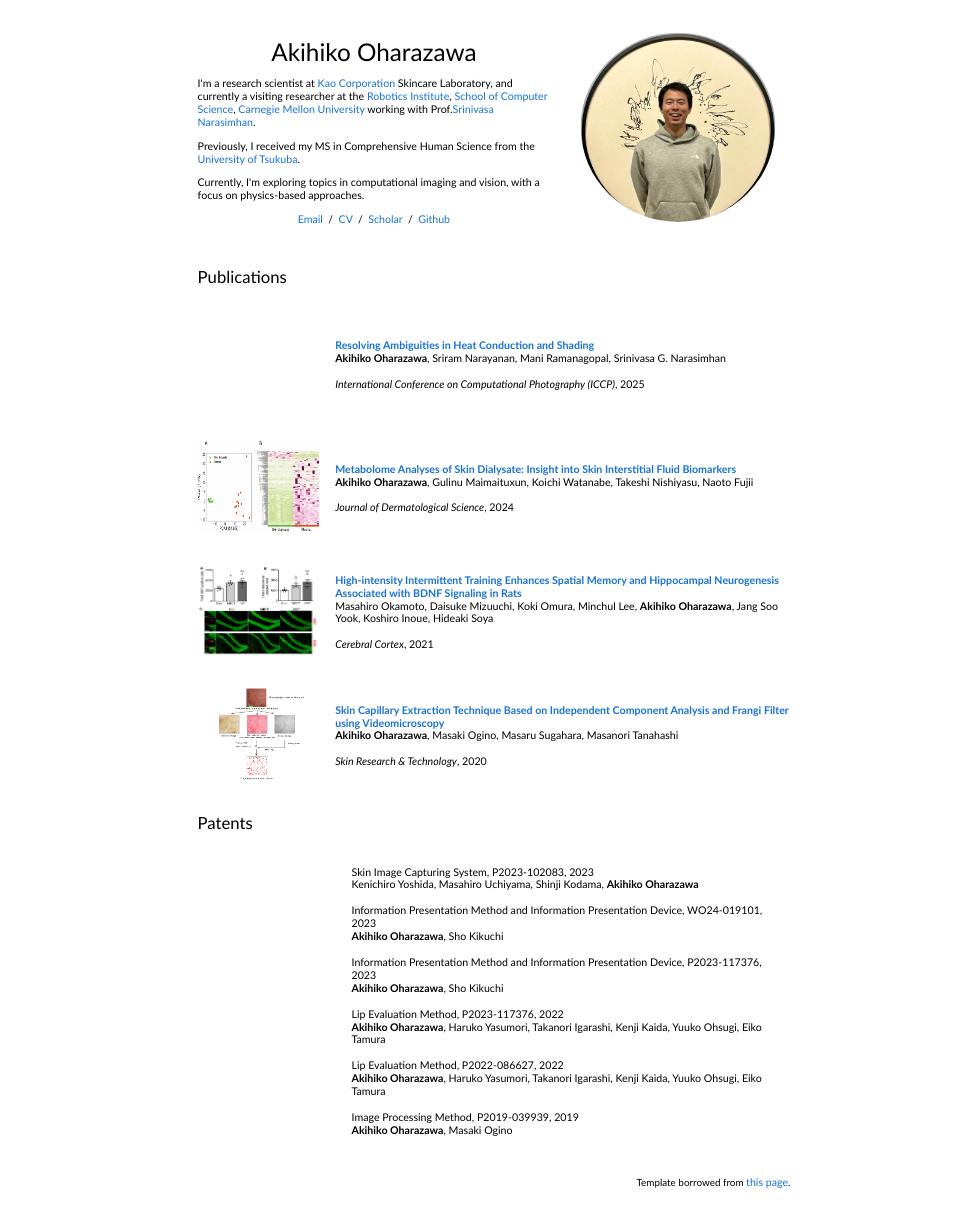
Repository: akihikooharazawa/akihikooharazawa.github.io
Page: index.html
An editor plug-in stored every save of this project. The page is shown before and after a run of saves, followed by the edit.
The browser window is 1280 px wide. The pictures show the whole page, at 76% of full size.
Pictures or frames that could not be fetched are drawn as grey boxes.

Above is the page before, as saved 2025-07-25 11:21:45.

### index.html
<!DOCTYPE HTML>
<html lang="en">
  <head>
  <!-- Google tag (gtag.js) -->
  <script async src="https://www.googletagmanager.com/gtag/js?id=G-S3VWLBF1BC"></script>
  <script>
    window.dataLayer = window.dataLayer || [];
    function gtag(){dataLayer.push(arguments);}
    gtag('js', new Date());

    gtag('config', 'G-S3VWLBF1BC');
  </script>
    <meta http-equiv="Content-Type" content="text/html; charset=UTF-8">

    <title>Akihiko Oharazawa</title>

    <meta name="author" content="Akihiko Oharazawa">
    <meta name="viewport" content="width=device-width, initial-scale=1">
    <link rel="shortcut icon" href="images/favicon/favicon.ico" type="image/x-icon">
    <link rel="stylesheet" type="text/css" href="stylesheet.css">

  </head>

  <body>
    <table style="width:100%;max-width:800px;border:0px;border-spacing:0px;border-collapse:separate;margin-right:auto;margin-left:auto;"><tbody>
      <tr style="padding:0px">
        <td style="padding:0px">
          <table style="width:100%;border:0px;border-spacing:0px;border-collapse:separate;margin-right:auto;margin-left:auto;"><tbody>
            <tr style="padding:0px">
              <td style="padding:2.5%;width:63%;vertical-align:middle">
                <p class="name" style="text-align: center;">
                  Akihiko Oharazawa
                </p>
                <p>I'm a research scientist at <a href="https://www.kao.com/global/en/">Kao Corporation</a> Skincare Laboratory,
                  and currently a visiting researcher at the <a href="https://www.ri.cmu.edu/">Robotics Institute</a>,
                  <a href="https://www.cs.cmu.edu/">School of Computer Science</a>,
                  <a href="https://www.cmu.edu/">Carnegie Mellon University</a> working with Prof.<a href="https://www.cs.cmu.edu/~srinivas/">Srinivasa Narasimhan</a>.
                </p>
                <p>
                  Previously, I received my MS in Comprehensive Human Science from the <a href="https://www.tsukuba.ac.jp/en/">University of Tsukuba</a>.
                </p>
                <p>
                  Currently, I'm exploring topics in computational imaging and vision, with a focus on physics-based approaches.
                </p>
                <p style="text-align:center">
                  <a href="mailto:a.oharazawa@gmail.com">Email</a> &nbsp;/&nbsp;
                  <a href="data/AkiOharazawa-CV.pdf">CV</a> &nbsp;/&nbsp;
                  <a href="https://scholar.google.com/citations?user=NGsKuDgAAAAJ&hl=en">Scholar</a> &nbsp;/&nbsp;
                  <a href="https://github.com/akihikooharazawa">Github</a>
                </p>
              </td>
              <td style="padding:2.5%;width:40%;max-width:40%">
                <a href="images/AkiOharazawa.jpg"><img style="width:100%;max-width:100%;object-fit: cover; border-radius: 50%;" alt="profile photo" src="images/AkiOharazawa.jpg" class="hoverZoomLink"></a>
              </td>
            </tr>
          </tbody></table>
          <table style="width:100%;border:0px;border-spacing:0px;border-collapse:separate;margin-right:auto;margin-left:auto;"><tbody>
              <tr>
              <td style="padding:20px;width:100%;vertical-align:middle">
                <h2>Publications</h2>
              </td>
            </tr>
          </tbody></table>
          <table style="width:100%;border:0px;border-spacing:0px;border-collapse:separate;margin-right:auto;margin-left:auto;"><tbody>


            <tr>
              <td style="padding:20px;width:25%;vertical-align:middle">
                <video id="theory" width="160" height="120" autoplay muted loop playsinline style="border-style: none">
                  <source src="videos/ICCP2025.mp4" type="video/mp4">
                </video>
              </td>
              <td width="75%" valign="middle">
                <a href="https://imaging.cs.cmu.edu/shape-from-laplacian-and-shading/">
                  <span class="papertitle">Resolving Ambiguities in Heat Conduction and Shading</span>
                </a>
                <br>
                <strong>Akihiko Oharazawa</strong>, Sriram Narayanan, Mani Ramanagopal, Srinivasa G. Narasimhan
                <br>
                <br>
                <em>International Conference on Computational Photography (ICCP)</em>, 2025
                <br>
              </td>
            </tr>

            <tr>
              <td style="padding:20px;width:25%;vertical-align:middle">
                <img src="images/isf_metabolomics.jpg" alt="isf_metabolomics" width="160" height="120" style="border-style: none">
              </td>
              <td width="75%" valign="middle">
                <a href="https://www.jdsjournal.com/article/S0923-1811(24)00066-5/fulltext">
                  <span class="papertitle">Metabolome Analyses of Skin Dialysate: Insight into Skin Interstitial Fluid Biomarkers</span>
                </a>
                <br>
                <strong>Akihiko Oharazawa</strong>, Gulinu Maimaituxun, Koichi Watanabe, Takeshi Nishiyasu, Naoto Fujii
                <br>
                <br>
                <em>Journal of Dermatological Science</em>, 2024
                <br>
              </td>
            </tr>

            <tr>
              <td style="padding:20px;width:25%;vertical-align:middle">
                <img src="images/hit_brain.png" alt="hit_brain.png" width="160" height="120" style="border-style: none">
              </td>
              <td width="75%" valign="middle">
                <a href="https://academic.oup.com/cercor/article/31/9/4386/6274998">
                  <span class="papertitle">High-intensity Intermittent Training Enhances Spatial Memory and Hippocampal Neurogenesis Associated with BDNF Signaling in Rats</span>
                </a>
                <br>
                Masahiro Okamoto, Daisuke Mizuuchi, Koki Omura, Minchul Lee, <strong>Akihiko Oharazawa</strong>, Jang Soo Yook, Koshiro Inoue, Hideaki Soya
                <br>
                <br>
                <em>Cerebral Cortex</em>, 2021
                <br>
              </td>
            </tr>

            <tr>
              <td style="padding:20px;width:25%;vertical-align:middle">
                <img src="images/capillary_extraction.jpg" alt="capillary_extraction.jpg" width="160" height="120" style="border-style: none">
              </td>
              <td width="75%" valign="middle">
                <a href="https://onlinelibrary.wiley.com/doi/10.1111/srt.12850">
                  <span class="papertitle">Skin Capillary Extraction Technique Based on Independent Component Analysis and Frangi Filter using Videomicroscopy</span>
                </a>
                <br>
                <strong>Akihiko Oharazawa</strong>, Masaki Ogino, Masaru Sugahara, Masanori Tanahashi
                <br>
                <br>
                <em>Skin Research & Technology</em>, 2020
                <br>
              </td>
            </tr>

          </tbody></table>


          <table width="100%" align="center" border="0" cellspacing="0" cellpadding="20"><tbody>
            <tr>
              <td>
                <h2>Patents</h2>
              </td>
            </tr>
          </tbody></table>
          <table width="100%" align="center" border="0" cellpadding="20"><tbody>

            <tr>
              <td style="padding:20px;width:25%;vertical-align:middle">
              <td width="75%" valign="middle">
                Skin Image Capturing System, P2023-102083, 2023
                <br>
                Kenichiro Yoshida, Masahiro Uchiyama, Shinji Kodama, <strong>Akihiko Oharazawa</strong><br>
                <br>
                Information Presentation Method and Information Presentation Device, WO24-019101, 2023
                <br>
                <strong>Akihiko Oharazawa</strong>, Sho Kikuchi<br>
                <br>
                Information Presentation Method and Information Presentation Device, P2023-117376, 2023
                <br>
                <strong>Akihiko Oharazawa</strong>, Sho Kikuchi<br>
                <br>
                Lip Evaluation Method, P2023-117376, 2022
                <br>
                <strong>Akihiko Oharazawa</strong>, Haruko Yasumori, Takanori Igarashi, Kenji Kaida, Yuuko Ohsugi, Eiko Tamura<br>
                <br>
                Lip Evaluation Method, P2022-086627, 2022
                <br>
                <strong>Akihiko Oharazawa</strong>, Haruko Yasumori, Takanori Igarashi, Kenji Kaida, Yuuko Ohsugi, Eiko Tamura<br>
                <br>
                Image Processing Method, P2019-039939, 2019
                <br>
                <strong>Akihiko Oharazawa</strong>, Masaki Ogino<br>
              </td>
            </tr>

          </tbody></table>
          <table style="width:100%;border:0px;border-spacing:0px;border-collapse:separate;margin-right:auto;margin-left:auto;"><tbody>
            <tr>
              <td style="padding:0px">
                <br>
                <p style="text-align:right;font-size:small;">
                  Template borrowed from <a href="https://github.com/jonbarron/website">this page</a>.
                </p>
              </td>
            </tr>
          </tbody></table>
        </td>
      </tr>
    </table>
  </body>
</html>

### stylesheet.css
/* latin-ext */
@font-face {
  font-family: 'Lato';
  font-style: italic;
  font-weight: 400;
  src: local('Lato Italic'), local('Lato-Italic'), url(https://fonts.gstatic.com/s/lato/v15/S6u8w4BMUTPHjxsAUi-qNiXg7eU0.woff2) format('woff2');
  unicode-range: U+0100-024F, U+0259, U+1E00-1EFF, U+2020, U+20A0-20AB, U+20AD-20CF, U+2113, U+2C60-2C7F, U+A720-A7FF;
}
/* latin */
@font-face {
  font-family: 'Lato';
  font-style: italic;
  font-weight: 400;
  src: local('Lato Italic'), local('Lato-Italic'), url(https://fonts.gstatic.com/s/lato/v15/S6u8w4BMUTPHjxsAXC-qNiXg7Q.woff2) format('woff2');
  unicode-range: U+0000-00FF, U+0131, U+0152-0153, U+02BB-02BC, U+02C6, U+02DA, U+02DC, U+2000-206F, U+2074, U+20AC, U+2122, U+2191, U+2193, U+2212, U+2215, U+FEFF, U+FFFD;
}
/* latin-ext */
@font-face {
  font-family: 'Lato';
  font-style: italic;
  font-weight: 700;
  src: local('Lato Bold Italic'), local('Lato-BoldItalic'), url(https://fonts.gstatic.com/s/lato/v15/S6u_w4BMUTPHjxsI5wq_FQftx9897sxZ.woff2) format('woff2');
  unicode-range: U+0100-024F, U+0259, U+1E00-1EFF, U+2020, U+20A0-20AB, U+20AD-20CF, U+2113, U+2C60-2C7F, U+A720-A7FF;
}
/* latin */
@font-face {
  font-family: 'Lato';
  font-style: italic;
  font-weight: 700;
  src: local('Lato Bold Italic'), local('Lato-BoldItalic'), url(https://fonts.gstatic.com/s/lato/v15/S6u_w4BMUTPHjxsI5wq_Gwftx9897g.woff2) format('woff2');
  unicode-range: U+0000-00FF, U+0131, U+0152-0153, U+02BB-02BC, U+02C6, U+02DA, U+02DC, U+2000-206F, U+2074, U+20AC, U+2122, U+2191, U+2193, U+2212, U+2215, U+FEFF, U+FFFD;
}
/* latin-ext */
@font-face {
  font-family: 'Lato';
  font-style: normal;
  font-weight: 400;
  src: local('Lato Regular'), local('Lato-Regular'), url(https://fonts.gstatic.com/s/lato/v15/S6uyw4BMUTPHjxAwXiWtFCfQ7A.woff2) format('woff2');
  unicode-range: U+0100-024F, U+0259, U+1E00-1EFF, U+2020, U+20A0-20AB, U+20AD-20CF, U+2113, U+2C60-2C7F, U+A720-A7FF;
}
/* latin */
@font-face {
  font-family: 'Lato';
  font-style: normal;
  font-weight: 400;
  src: local('Lato Regular'), local('Lato-Regular'), url(https://fonts.gstatic.com/s/lato/v15/S6uyw4BMUTPHjx4wXiWtFCc.woff2) format('woff2');
  unicode-range: U+0000-00FF, U+0131, U+0152-0153, U+02BB-02BC, U+02C6, U+02DA, U+02DC, U+2000-206F, U+2074, U+20AC, U+2122, U+2191, U+2193, U+2212, U+2215, U+FEFF, U+FFFD;
}
/* latin-ext */
@font-face {
  font-family: 'Lato';
  font-style: normal;
  font-weight: 700;
  src: local('Lato Bold'), local('Lato-Bold'), url(https://fonts.gstatic.com/s/lato/v15/S6u9w4BMUTPHh6UVSwaPGQ3q5d0N7w.woff2) format('woff2');
  unicode-range: U+0100-024F, U+0259, U+1E00-1EFF, U+2020, U+20A0-20AB, U+20AD-20CF, U+2113, U+2C60-2C7F, U+A720-A7FF;
}
/* latin */
@font-face {
  font-family: 'Lato';
  font-style: normal;
  font-weight: 700;
  src: local('Lato Bold'), local('Lato-Bold'), url(https://fonts.gstatic.com/s/lato/v15/S6u9w4BMUTPHh6UVSwiPGQ3q5d0.woff2) format('woff2');
  unicode-range: U+0000-00FF, U+0131, U+0152-0153, U+02BB-02BC, U+02C6, U+02DA, U+02DC, U+2000-206F, U+2074, U+20AC, U+2122, U+2191, U+2193, U+2212, U+2215, U+FEFF, U+FFFD;
}

a {
  color: #1772d0;
  text-decoration: none;
}

a:focus,
a:hover {
  color: #f09228;
  text-decoration: none;
}

body,
td,
th,
tr,
p,
a {
  font-family: 'Lato', Verdana, Helvetica, sans-serif;
  font-size: 14px;
}

strong {
  font-family: 'Lato', Verdana, Helvetica, sans-serif;
  font-size: 14px;
}

h2 {
  margin: 0;
  font-weight: normal;
  font-family: 'Lato', Verdana, Helvetica, sans-serif;
  font-size: 22px;
}

.papertitle {
  font-family: 'Lato', Verdana, Helvetica, sans-serif;
  font-size: 14px;
  font-weight: 700;
}

.name {
  padding-top: 20px;
  margin: 0;
  font-family: 'Lato', Verdana, Helvetica, sans-serif;
  font-size: 32px;
}

.one {
  width: 160px;
  height: 160px;
  position: relative;
}

.two {
  width: 160px;
  height: 160px;
  position: absolute;
  transition: opacity .2s ease-in-out;
  -moz-transition: opacity .2s ease-in-out;
  -webkit-transition: opacity .2s ease-in-out;
}

.fade {
  transition: opacity .2s ease-in-out;
  -moz-transition: opacity .2s ease-in-out;
  -webkit-transition: opacity .2s ease-in-out;
}

span.highlight {
  background-color: #ffffd0;
}

After the next 2 saves:
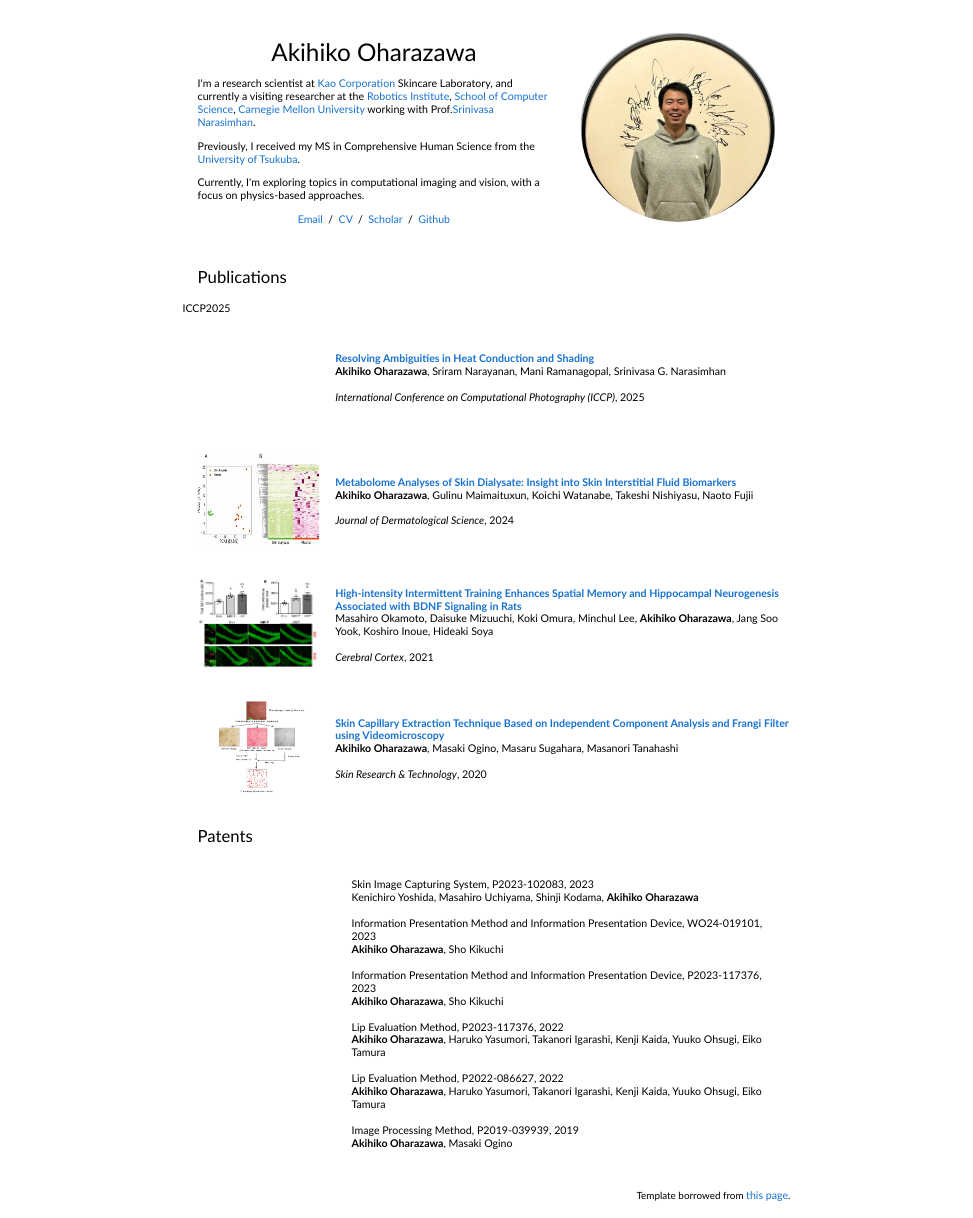
The 2 saves are shown as one change because they came seconds apart.
The last was saved 9 s later.
--- a/index.html
+++ b/index.html
@@ -63,7 +63,7 @@
           </tbody></table>
           <table style="width:100%;border:0px;border-spacing:0px;border-collapse:separate;margin-right:auto;margin-left:auto;"><tbody>
 
-
+            ICCP2025
             <tr>
               <td style="padding:20px;width:25%;vertical-align:middle">
                 <video id="theory" width="160" height="120" autoplay muted loop playsinline style="border-style: none">

After the save that followed:
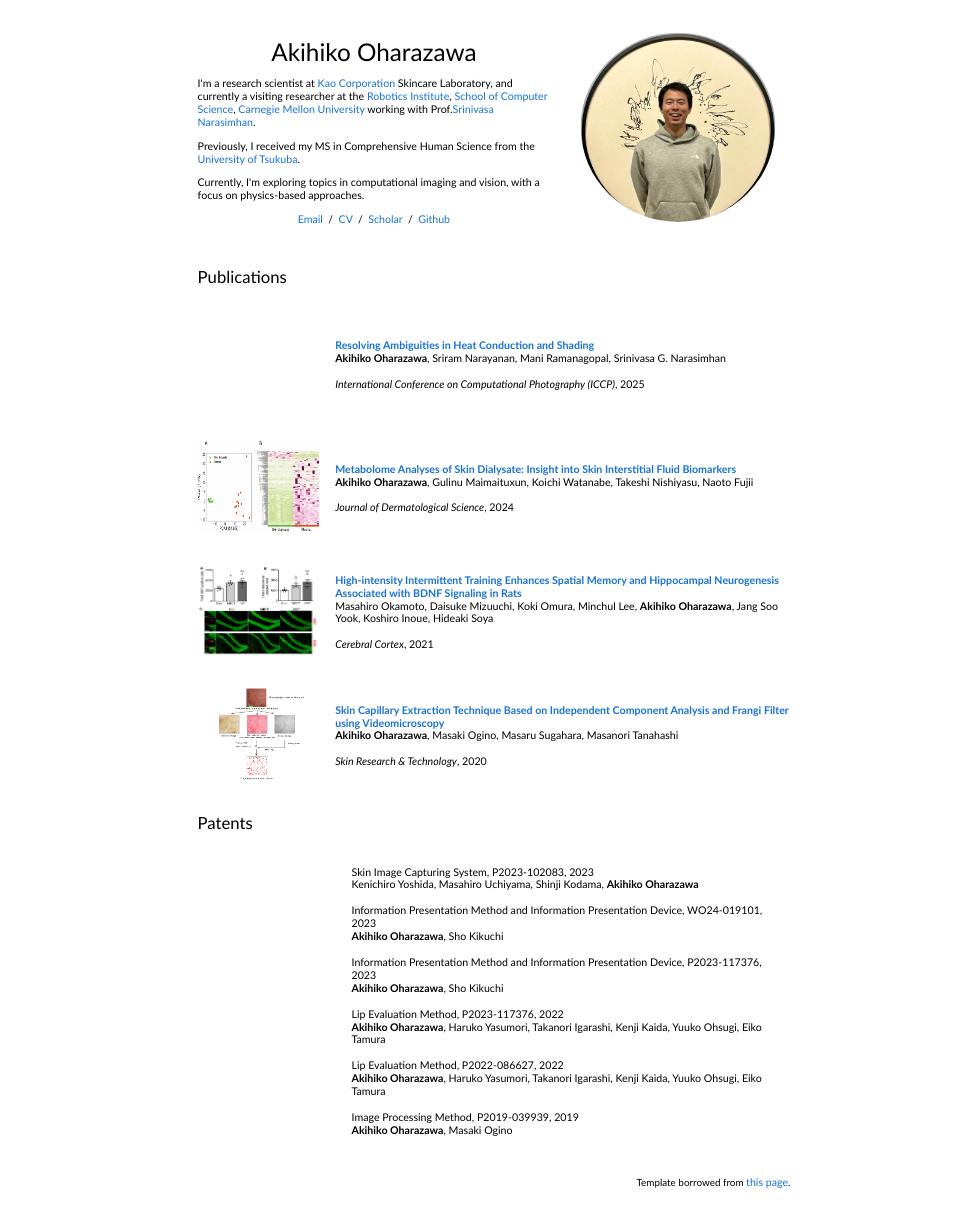
Saved 5 s later.
--- a/index.html
+++ b/index.html
@@ -63,7 +63,7 @@
           </tbody></table>
           <table style="width:100%;border:0px;border-spacing:0px;border-collapse:separate;margin-right:auto;margin-left:auto;"><tbody>
 
-            ICCP2025
+            <!-- ICCP2025 -->
             <tr>
               <td style="padding:20px;width:25%;vertical-align:middle">
                 <video id="theory" width="160" height="120" autoplay muted loop playsinline style="border-style: none">
